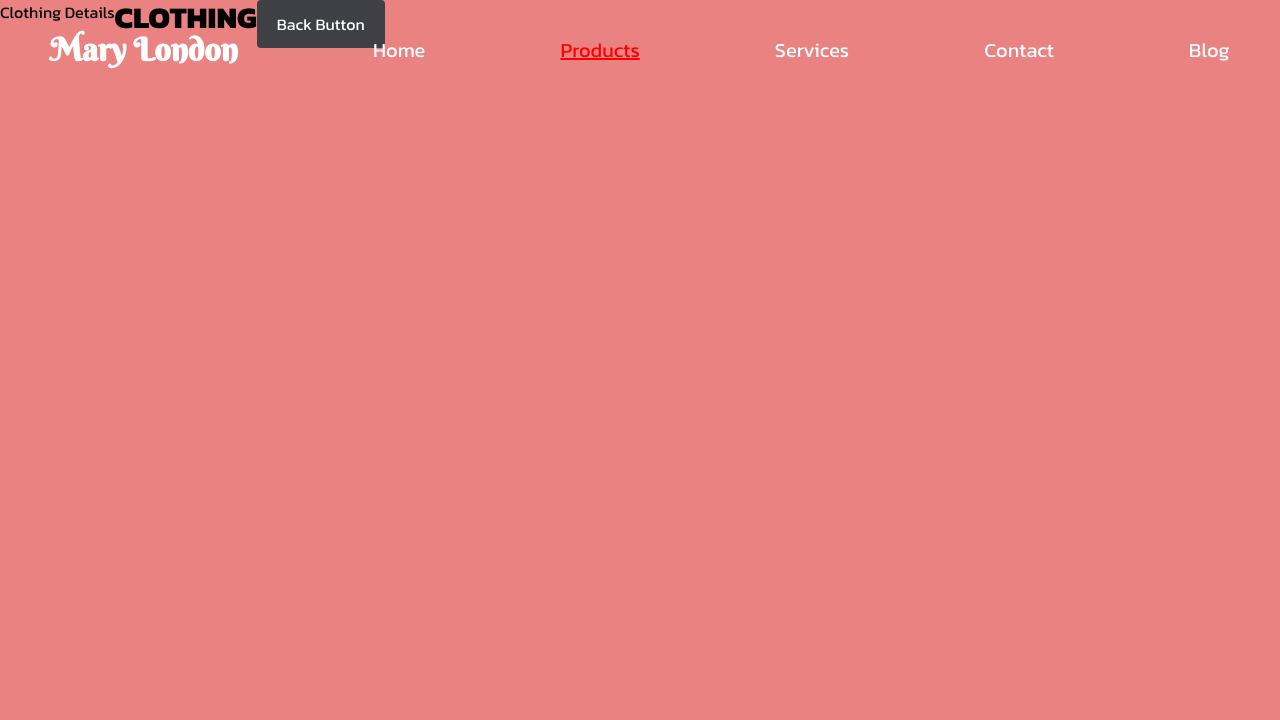
Repository: Habeebur1493/test2
Page: /products/clothing
The author's editor kept a copy of each file at every save. The page is drawn from the files as they stood at one save, then again after the next save.
The browser window is 1280 px wide. The pictures show the whole page.
The project was rebuilt for these pictures with package versions that can differ from the ones it lists, and the page was loaded fresh each time. Also part of the build but not shown: vite.config.js, src/Frontend/Loader/loaderstyle.css, src/Frontend/Firstpage/Home.jsx, src/Frontend/Firstpage/Products.jsx, src/Frontend/Firstpage/Services.jsx, src/Frontend/Firstpage/Contact.jsx, src/Frontend/Firstpage/Blog.jsx.

Above is the page before, as saved 2024-12-28 14:42:48.

After the next save:
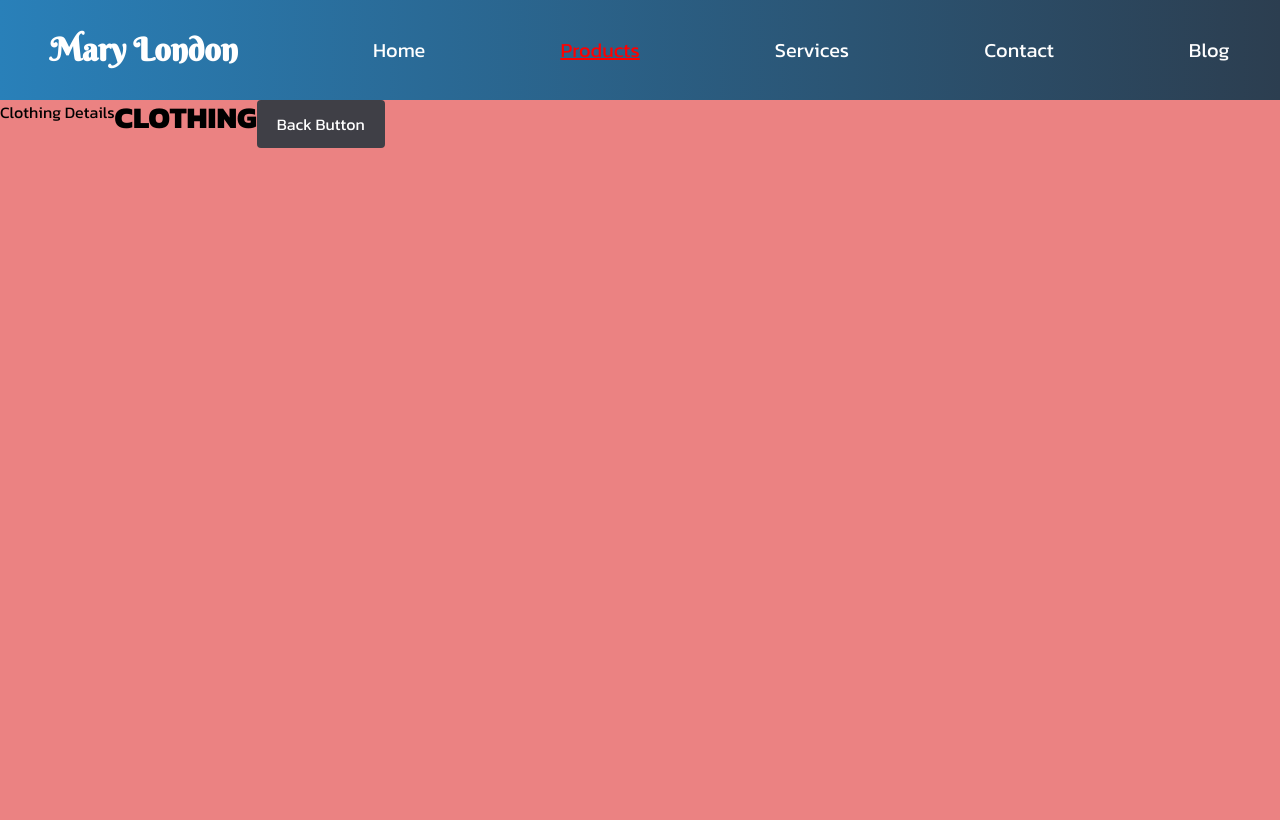
Saved 27 s later.
--- a/src/Frontend/Firstpage/page1.css
+++ b/src/Frontend/Firstpage/page1.css
@@ -17,7 +17,6 @@
     height: 100px;
     width: 100%;
     font-family: "Kanit", serif;
-    position: fixed;
     z-index: 1;
     font-size: 20px;
     color: #fff;
@@ -202,9 +201,8 @@
 
   .ClothingDetails{
     height: 100vh;
+    width: 100%;
     background-color: #eb8282;
-    z-index: 1;
-
   }
 
 

After the 3 saves that followed:
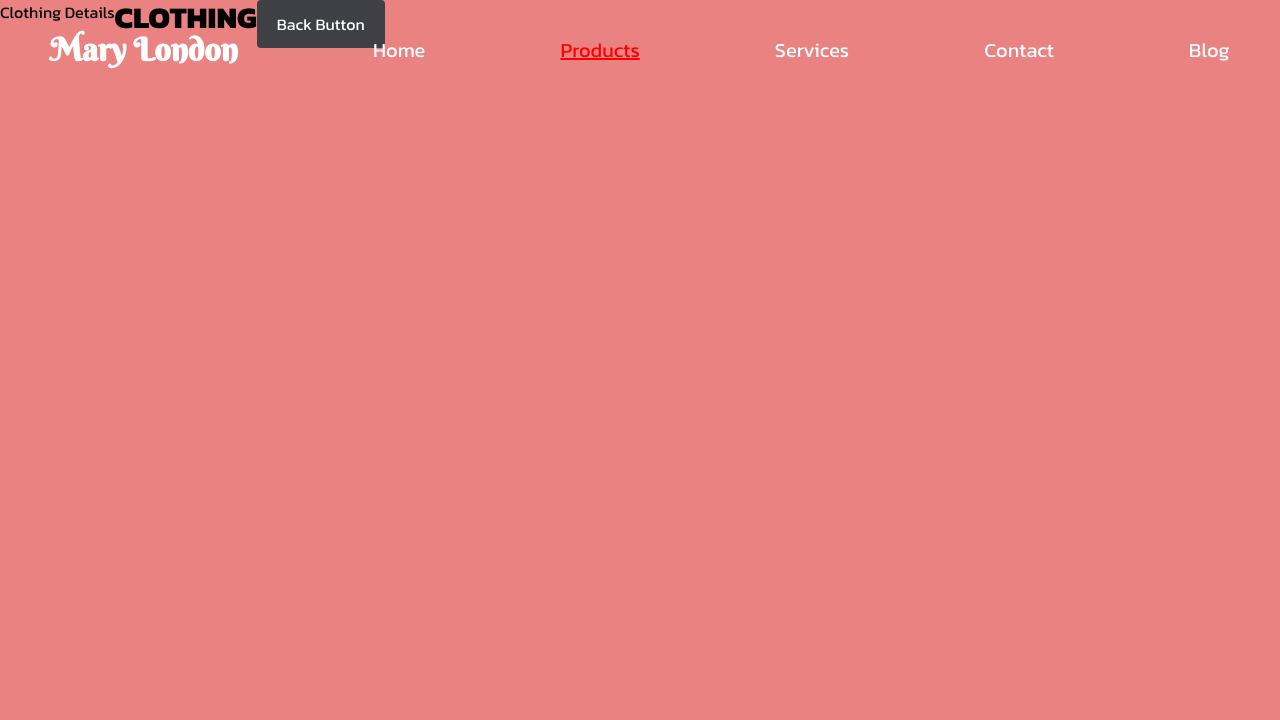
The 3 saves are shown as one change because 1 left the picture as it was and some came seconds apart.
The last was saved 49 s later.
--- a/src/Frontend/Firstpage/page1.css
+++ b/src/Frontend/Firstpage/page1.css
@@ -17,6 +17,7 @@
     height: 100px;
     width: 100%;
     font-family: "Kanit", serif;
+    position: fixed;
     z-index: 1;
     font-size: 20px;
     color: #fff;
